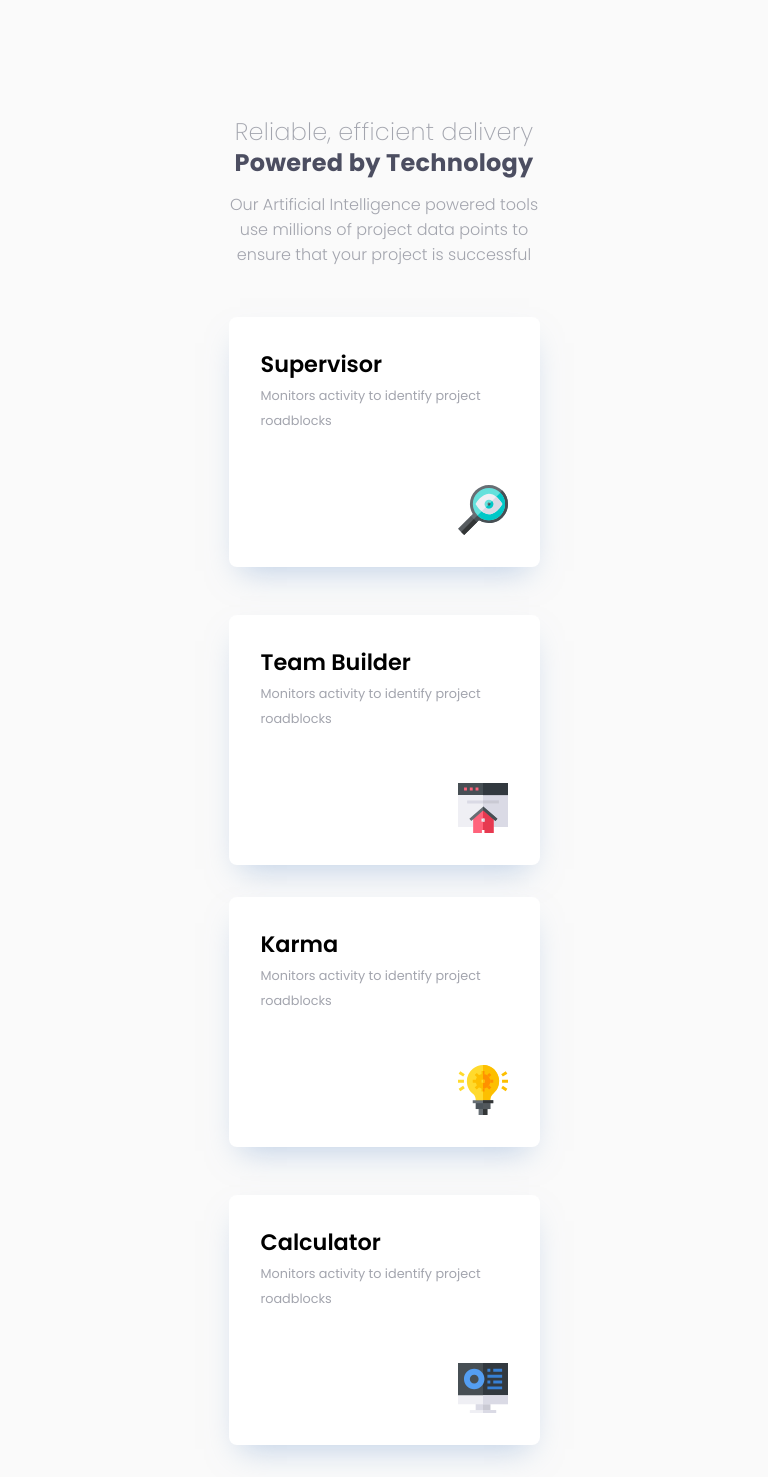
Repository: brandontaylor1/four-card-feature
Page: index.html
The author's editor kept a copy of each file at every save. The page is drawn from the files as they stood at one save, then again after the next save.
The browser window is 768 px wide. The pictures show the whole page.

Above is the page before, as saved 2025-01-10 19:50:24.

After the next save:
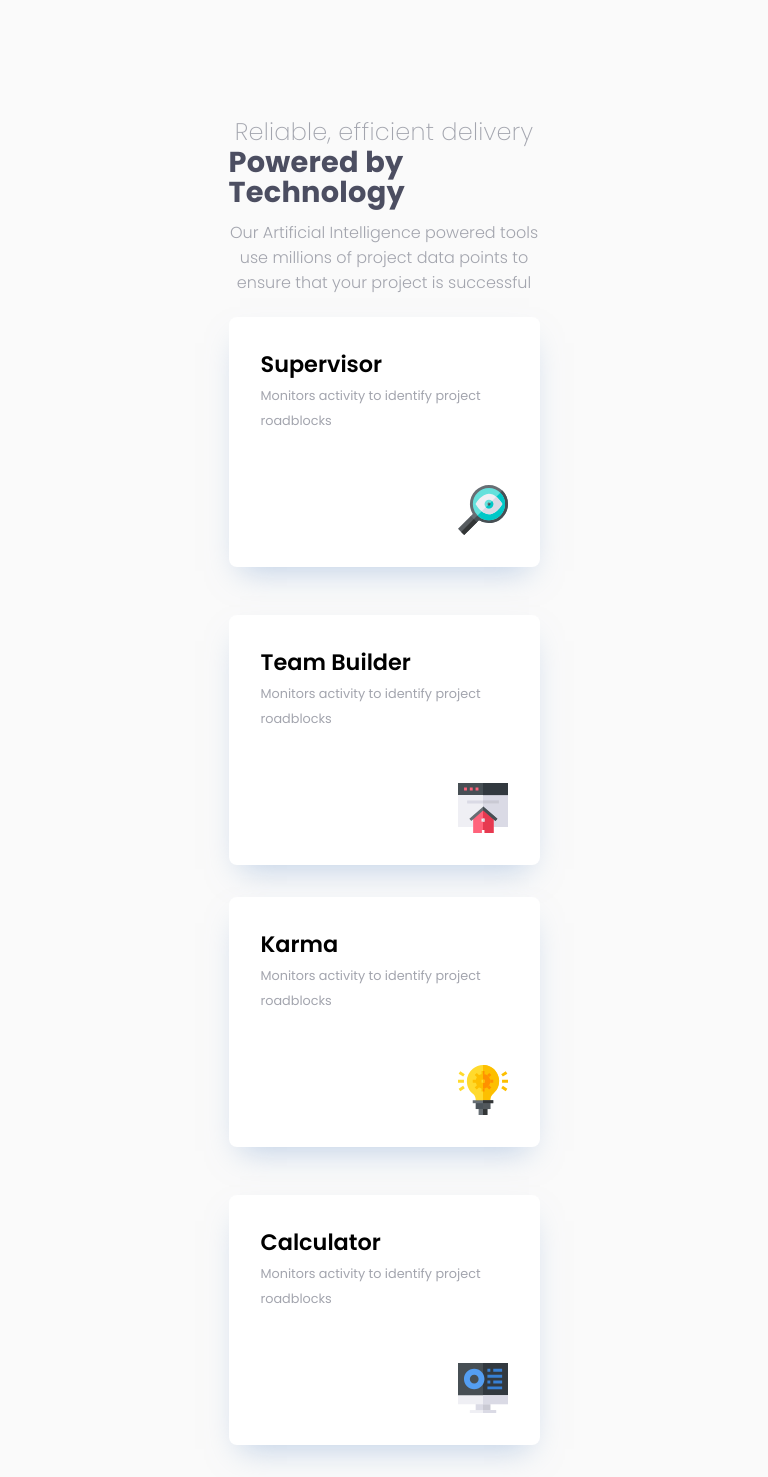
Saved 67 s later.
--- a/styles.css
+++ b/styles.css
@@ -120,7 +120,6 @@
     .page-content {
         margin-top: 85px;
         width: 311px;
-
     }
 
     .page-content h1 {
@@ -129,7 +128,7 @@
     }
 
     .page-content h2 {
-        font-size: 1.5rem;
+        font-size: 1.8rem;
         line-height: 30px;
     }
 

After the save that followed:
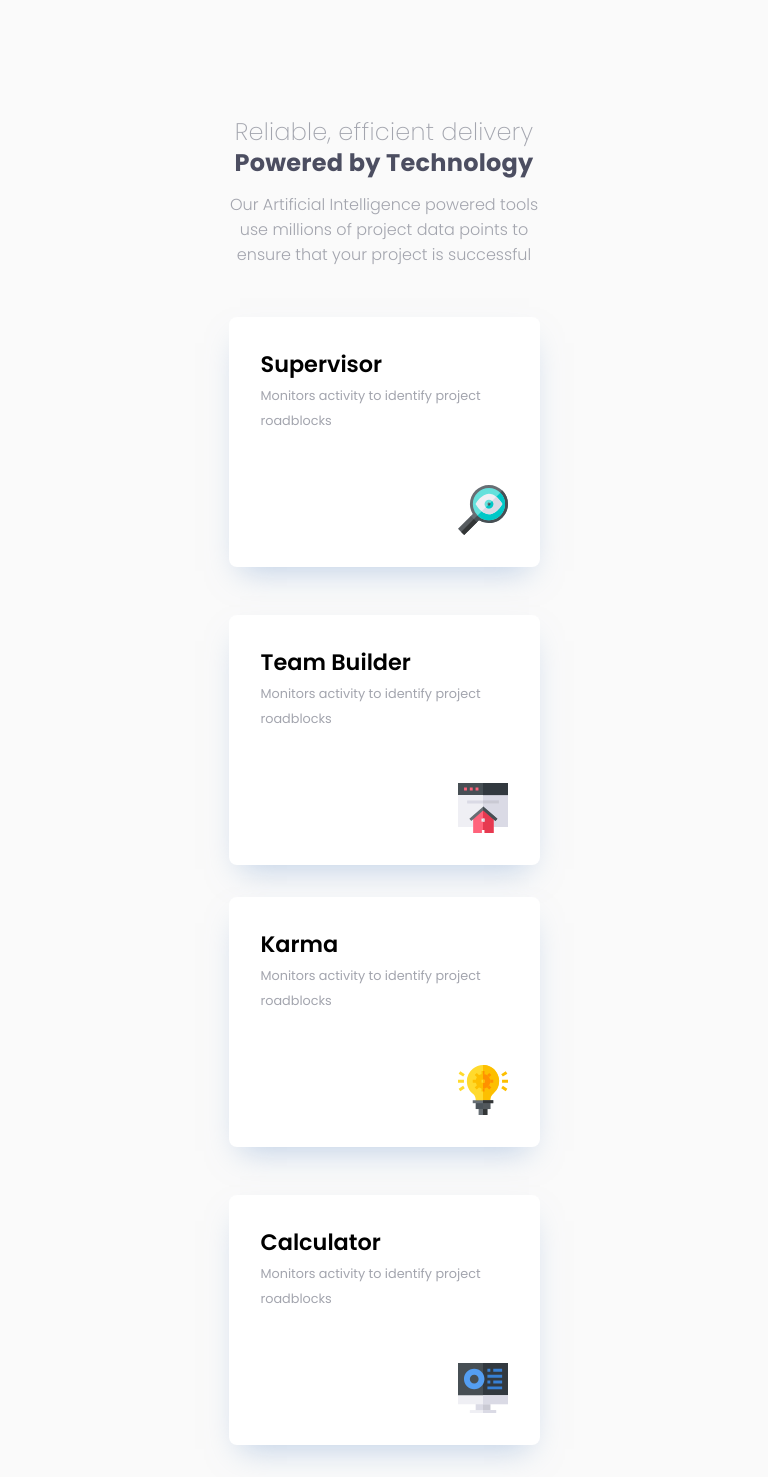
Saved 4 s later.
--- a/styles.css
+++ b/styles.css
@@ -128,7 +128,7 @@
     }
 
     .page-content h2 {
-        font-size: 1.8rem;
+        font-size: 1.5rem;
         line-height: 30px;
     }
 
